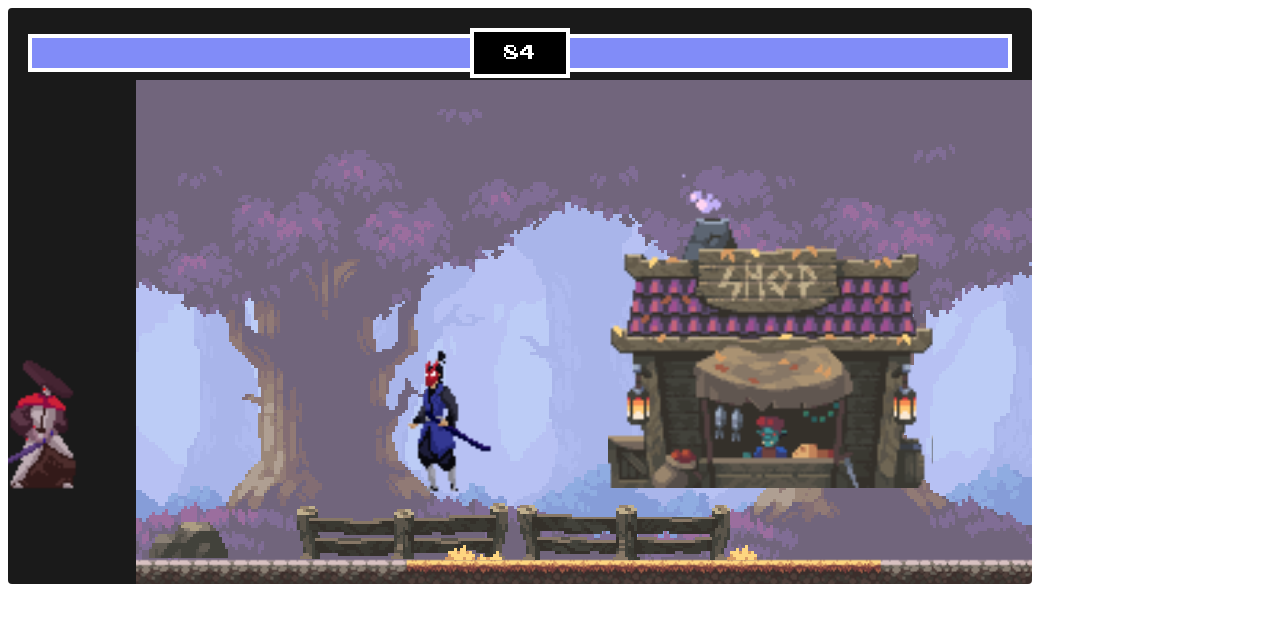
Repository: LuizAGDomingues/js-fighting-game
Page: index.html
These files come from the project's save history. The page is drawn as it stood at one moment and after the next save; the edit follows.
The browser window is 1280 px wide. The pictures show the whole page.

Above is the page before, as saved 2022-12-24 09:52:45.

### index.html
<!DOCTYPE html>
<html lang="en">
  <head>
    <meta charset="UTF-8" />
    <link rel="icon" type="image/svg+xml" href="./images/Logo.jpg" />
    <link rel="preconnect" href="https://fonts.googleapis.com" />
    <link rel="preconnect" href="https://fonts.gstatic.com" crossorigin />
    <link href="https://fonts.googleapis.com/css2?family=Press+Start+2P&display=swap" rel="stylesheet" />
    <link href="./src/css/battle.css" rel="stylesheet" />
    <meta name="viewport" content="width=device-width, initial-scale=1.0" />
    <title>Figthing Game</title>
  </head>
  <body>
    <div class="content">
      <div class="life-bars">
        <!-- player health -->
        <div class="playerHealth-content">
          <div class="playerHealth-aux"></div>
          <div id="playerHealth" class="playerHealth-bar"></div>
        </div>
        <!-- timer -->
        <div id="timer" class="timer">10</div>
        <!-- enemy health -->
        <div class="enemyHealth-content">
          <div class="enemyHealth-aux"></div>
          <div id="enemyHealth" class="enemyHealth-bar"></div>
        </div>
      </div>
      <div id="displayText" class="result">Tie</div>
      <canvas style="border-radius: 4px;"></canvas>
    </div>
    <script
      src="https://cdnjs.cloudflare.com/ajax/libs/gsap/3.11.3/gsap.min.js"
      integrity="sha512-gmwBmiTVER57N3jYS3LinA9eb8aHrJua5iQD7yqYCKa5x6Jjc7VDVaEA0je0Lu0bP9j7tEjV3+1qUm6loO99Kw=="
      crossorigin="anonymous"
      referrerpolicy="no-referrer"
    ></script>
    <script src="./src/utils.js"></script>
    <script src="./src/classes.js"></script>
    <script src="./src/main.js"></script>
  </body>
</html>

### src/css/battle.css
* {
  box-sizing: border-box;
  font-family: 'Press Start 2P', sans-serif;
}

.content {
  position: relative;
  display: inline-block;
}

.life-bars {
  position: absolute;
  display: flex;
  width: 100%;
  align-items: center;
  padding: 20px;
}

.playerHealth-content {
  position: relative;
  width: 100%;
  display: flex;
  justify-content: flex-end;
  border-top: 4px solid white;
  border-left: 4px solid white;
  border-bottom: 4px solid white;
}

.playerHealth-aux {
  background-color: red;
  height: 30px;
  width: 100%;
}

.playerHealth-bar {
  position: absolute;
  background: #818CF8;
  top: 0;
  right: 0;
  bottom: 0;
  width: 100%;
}

.timer {
  background-color: black;
  width: 100px;
  height: 50px;
  flex-shrink: 0;
  display: flex;
  align-items: center;
  justify-content: center;
  color: white;
  border: 4px solid white;
}

.enemyHealth-content {
  position: relative;
  width: 100%;
  border-top: 4px solid white;
  border-right: 4px solid white;
  border-bottom: 4px solid white;
}

.enemyHealth-aux {
  background-color: red;
  height: 30px;
}

.enemyHealth-bar {
  position: absolute;
  background: #818CF8;
  top: 0;
  right: 0;
  bottom: 0;
  left: 0;
}

.result {
  position: absolute;
  color: white;
  align-items: center;
  justify-content: center;
  top: 0;
  right: 0;
  bottom: 0;
  left: 0;
  display: none;
}

### src/utils.js
function rectangularCollision({ rectangle1, rectangle2 }) {
  return (
    rectangle1.attackBox.position.x + rectangle1.attackBox.width >= rectangle2.position.x
    && rectangle1.attackBox.position.x <= rectangle2.position.x + rectangle2.width
    && rectangle1.attackBox.position.y + rectangle1.attackBox.height >= rectangle2.position.y
    && rectangle1.attackBox.position.y <= rectangle2.position.y + rectangle2.height
  )
};

function determineWinner({player, enemy, timerId}) {
  clearTimeout(timerId)
  document.querySelector('#displayText').style.display = 'flex'
  if(player.health === enemy.health) {
    document.querySelector('#displayText').innerHTML = 'Tie'
  } else if (player.health > enemy.health) {
    document.querySelector('#displayText').innerHTML = 'Player 1 wins'
  } else if (player.health < enemy.health) {
    document.querySelector('#displayText').innerHTML = 'Player 2 wins'
  }
};

### src/classes.js
class Sprite {
  constructor({position, imageSrc, scale = { x: 1, y: 1 }, framesMax = 1, offset = { x: 0, y: 0 }}) {
    this.position = position
    this.image = new Image()
    this.image.src = imageSrc
    this.scale = scale
    this.framesMax = framesMax
    this.framesCurrent = 0
    this.framesElapsed = 0
    this.framesHold = 5
    this.offset = offset
  }

  draw() {
    c.drawImage(
      this.image,
      this.framesCurrent * (this.image.width / this.framesMax),
      0,
      this.image.width / this.framesMax,
      this.image.height,
      this.position.x - this.offset.x,
      this.position.y - this.offset.y,
      (this.image.width / this.framesMax) * this.scale.x,
      this.image.height * this.scale.y
    )
  }

  animateFrames() {
    this.framesElapsed++
    if(this.framesElapsed % this.framesHold === 0) {
      if(this.framesCurrent < this.framesMax - 1) {
        this.framesCurrent++
      } else {
        this.framesCurrent = 0
      }
    }
  }

  update() {
    this.draw()
    this.animateFrames()
  }
}

class Fighter extends Sprite {
  constructor({
    position,
    velocity,
    color = 'red',
    imageSrc,
    scale = { x: 1, y: 1 },
    framesMax = 1,
    offset = { x: 0, y: 0 },
    sprites,
    attackBox = { offset: {}, width: undefined, height: undefined }
  }) {
    super({
      position,
      imageSrc,
      scale,
      framesMax,
      offset
    })

    this.velocity = velocity
    this.width = 50
    this.height = 150
    this.lastKey
    this.attackBox = {
      position: {
        x: this.position.x,
        y: this.position.y
      },
      offset: attackBox.offset,
      width: attackBox.width,
      height: attackBox.height
    }
    this.color = color
    this.isAttacking
    this.health = 100
    this.framesCurrent = 0
    this.framesElapsed = 0
    this.framesHold = 5
    this.sprites = sprites
    this.dead = false

    for (const sprite in this.sprites) {
      sprites[sprite].image = new Image()
      sprites[sprite].image.src = sprites[sprite].imageSrc
    }
  }

  update() {
    this.draw()
    if(!this.dead) this.animateFrames()

    this.attackBox.position.x = this.position.x + this.attackBox.offset.x
    this.attackBox.position.y = this.position.y + this.attackBox.offset.y

    // Draw the attack box
    //c.fillRect(this.attackBox.position.x, this.attackBox.position.y, this.attackBox.size.width, this.attackBox.height)

    this.position.x += this.velocity.x
    this.position.y += this.velocity.y

    // gravity function
    if(this.position.y + this.height + this.velocity.y >= canvas.height - 96) {
      this.velocity.y = 0
      this.position.y = 330
    } else this.velocity.y += gravity

  }

  attack() {
    if(this.image === this.sprites.takeHit.image || this.image === this.sprites.death.image) {
      return
    } else {
      this.switchSprite('attack1')
      this.isAttacking = true
    }
  }

  takeHit() {
    this.health -= 20
    if(this.health <= 0) {
      this.switchSprite('death')
    } else {
      this.switchSprite('takeHit')
    }
  }

  switchSprite(sprite) {
    if(this.image === this.sprites.death.image) {
      if(this.framesCurrent === this.sprites.death.framesMax - 1)
        this.dead = true
      return
    }
    // overriding all other animations with the attack animation
    if(
      this.image === this.sprites.attack1.image &&
      this.framesCurrent < this.sprites.attack1.framesMax - 1
    ) return
    // overriding when figther gets hit
    if(
      this.image === this.sprites.takeHit.image &&
      this.framesCurrent < this.sprites.takeHit.framesMax - 1
    ) return

    switch(sprite) {
      case 'idle':
        if(this.image !== this.sprites.idle.image) {
          this.image = this.sprites.idle.image
          this.framesMax = this.sprites.idle.framesMax
          this.framesCurrent = 0
        }
        break
      case 'run':
        if(this.image !== this.sprites.run.image) {
          this.image = this.sprites.run.image
          this.framesMax = this.sprites.run.framesMax
          this.framesCurrent = 0
        }
        break
      case 'jump':
        if(this.image !== this.sprites.jump.image) {
          this.image = this.sprites.jump.image
          this.framesMax = this.sprites.jump.framesMax
          this.framesCurrent = 0
        }
        break
      case 'fall':
        if(this.image !== this.sprites.fall.image) {
          this.image = this.sprites.fall.image
          this.framesMax = this.sprites.fall.framesMax
          this.framesCurrent = 0
        }
        break
      case 'attack1':
        if(this.image !== this.sprites.attack1.image) {
          this.image = this.sprites.attack1.image
          this.framesMax = this.sprites.attack1.framesMax
          this.framesCurrent = 0
        }
        break
      case 'takeHit':
        if(this.image !== this.sprites.takeHit.image) {
          this.image = this.sprites.takeHit.image
          this.framesMax = this.sprites.takeHit.framesMax
          this.framesCurrent = 0
        }
        break
      case 'death':
        if(this.image !== this.sprites.death.image) {
          this.image = this.sprites.death.image
          this.framesMax = this.sprites.death.framesMax
          this.framesCurrent = 0
        }
        break
    }
  }
}

### src/main.js
const canvas = document.querySelector('canvas');
const c = canvas.getContext('2d');

canvas.width = 1024
canvas.height = 576
const screenWidth = window.innerWidth
const screenHeight = window.innerHeight

c.fillRect(0, 0, canvas.width, canvas.height)

const gravity = .7

var gameIsOver = false

const background = new Sprite({
  position: {
    x: ((screenWidth / 2) - (canvas.width / 2)),
    y: ((screenHeight / 2) - (canvas.height / 2))
  },
  imageSrc: '../images/background.png'
})

const shop = new Sprite({
  position: {
    x: 600,
    y: 128
  },
  imageSrc: '../images/shop.png',
  scale: {
    x: 2.75,
    y: 2.75
  },
  framesMax: 6
})

const player = new Fighter({
  position: {
    x: 0,
    y: 0
  },
  velocity: {
    x: 0,
    y: 0
  },
  offset: {
    x: 0,
    y: 0
  },
  imageSrc: '../images/samuraiMack/Idle.png',
  framesMax: 8,
  scale: {
    x: 2.5,
    y: 2.5
  },
  offset: {
    x: 215,
    y: 155
  },
  sprites: {
    idle: {
      imageSrc: '../images/samuraiMack/Idle.png',
      framesMax: 8
    },
    run: {
      imageSrc: '../images/samuraiMack/Run.png',
      framesMax: 8
    },
    jump: {
      imageSrc: '../images/samuraiMack/Jump.png',
      framesMax: 2
    },
    fall: {
      imageSrc: '../images/samuraiMack/Fall.png',
      framesMax: 2
    },
    attack1: {
      imageSrc: '../images/samuraiMack/Attack1.png',
      framesMax: 6
    },
    takeHit: {
      imageSrc: '../images/samuraiMack/Take Hit.png',
      framesMax: 4
    },
    death: {
      imageSrc: '../images/samuraiMack/Death.png',
      framesMax: 6
    }
  },
  attackBox: {
    offset: {
      x: 100,
      y: 50
    },
    width: 140,
    height: 50
  }
})

const enemy = new Fighter({
  position: {
    x: 400,
    y: 100
  },
  velocity: {
    x: 0,
    y: 0
  },
  color: 'blue',
  offset: {
    x: -50,
    y: 0
  },
  imageSrc: '../images/kenji/Idle.png',
  framesMax: 4,
  scale: {
    x: 2.5,
    y: 2.5
  },
  offset: {
    x: 215,
    y: 167
  },
  sprites: {
    idle: {
      imageSrc: '../images/kenji/Idle.png',
      framesMax: 4
    },
    run: {
      imageSrc: '../images/kenji/Run.png',
      framesMax: 8
    },
    jump: {
      imageSrc: '../images/kenji/Jump.png',
      framesMax: 2
    },
    fall: {
      imageSrc: '../images/kenji/Fall.png',
      framesMax: 2
    },
    attack1: {
      imageSrc: '../images/kenji/Attack1.png',
      framesMax: 4
    },
    takeHit: {
      imageSrc: '../images/kenji/Take hit.png',
      framesMax: 3
    },
    death: {
      imageSrc: '../images/kenji/Death.png',
      framesMax: 7
    }
  },
  attackBox: {
    offset: {
      x: -170,
      y: 50
    },
    width: 170,
    height: 50
  }
})

const keys = {
  a: {
    pressed: false
  },
  d: {
    pressed: false
  },
  ArrowRight: {
    pressed: false
  },
  ArrowLeft: {
    pressed: false
  }
}

// Timer actions
let timer = 90
let timerId
function decreaseTimer() {
  if(timer > 0) {
    timerId = setTimeout(decreaseTimer, 1000)
    timer--
    document.querySelector('#timer').innerHTML = timer
  }
  if(timer === 0) {
    determineWinner({player, enemy, timerId})
    gameIsOver = true
  }
};
decreaseTimer();

function animate() {
  window.requestAnimationFrame(animate)
  c.fillStyle = 'black'
  c.fillRect(0, 0, canvas.width, canvas.height)
  background.update()
  shop.update()
  c.fillStyle = 'rgba(255, 255, 255, 0.1)'
  c.fillRect(0, 0, canvas.width, canvas.height)
  player.update()
  enemy.update()

  player.velocity.x = 0
  enemy.velocity.x = 0

  // player movement
  if(keys.a.pressed && player.lastKey === 'a' && player.position.x >= 0 && player.image != player.sprites.attack1.image) {
    player.velocity.x = -5
    player.switchSprite('run')
  } else if(keys.d.pressed && player.lastKey === 'd' && player.position.x <= canvas.width - 60 && player.image != player.sprites.attack1.image) {
    player.velocity.x = 5
    player.switchSprite('run')
  } else {
    player.switchSprite('idle')
  }
  // player jumping
  if(player.velocity.y < 0) {
    player.switchSprite('jump')
  } else if(player.velocity.y > 0) {
    player.switchSprite('fall')
  }

  // enemy movement
  if(keys.ArrowLeft.pressed && enemy.lastKey === 'ArrowLeft' && enemy.position.x >= 0) {
    enemy.velocity.x = -5
    enemy.switchSprite('run')
  } else if(keys.ArrowRight.pressed && enemy.lastKey === 'ArrowRight' && enemy.position.x <= canvas.width - 50) {
    enemy.velocity.x = 5
    enemy.switchSprite('run')
  } else {
    enemy.switchSprite('idle')
  }
  // enemy jumping
  if(enemy.velocity.y < 0) {
    enemy.switchSprite('jump')
  } else if(enemy.velocity.y > 0) {
    enemy.switchSprite('fall')
  }

  // detect for collision & enemy is hit
  if(rectangularCollision({rectangle1: player, rectangle2: enemy}) && player.isAttacking && player.framesCurrent === 4) {
    enemy.takeHit()
    player.isAttacking = false
    gsap.to('#enemyHealth', {
      width: enemy.health + '%'
    })
  }

  //if player misses enemy
  if(player.isAttacking && player.framesCurrent === 4) {
    player.isAttacking = false
  }

  // detect for collision & player is hit
  if(rectangularCollision({rectangle1: enemy, rectangle2: player}) && enemy.isAttacking && enemy.framesCurrent === 2) {
    player.takeHit()
    enemy.isAttacking = false
    gsap.to('#playerHealth', {
      width: player.health + '%'
    })
  }

  //if enemy misses enemy
  if(enemy.isAttacking && enemy.framesCurrent === 2) {
    enemy.isAttacking = false
  }

  // end game base on health
  if(enemy.health <= 0 || player.health <= 0){
    determineWinner({player, enemy, timerId})
    gameIsOver = true
  }
}
animate()

window.addEventListener('keydown', (event) => {
  if(!player.dead && !gameIsOver) {
    switch (event.key) {
      case 'd':
        keys.d.pressed = true
        player.lastKey = 'd'
        break
      case 'a':
        keys.a.pressed = true
        player.lastKey = 'a'
        break
      case 'w':
        if(player.image === player.sprites.jump.image || player.image === player.sprites.fall.image) {
          break
        }
        player.velocity.y = -20
        break
      case ' ':
        player.attack()
        break
    }
  }
  if(!enemy.dead && !gameIsOver) {
    switch (event.key) {
      case 'ArrowRight':
        keys.ArrowRight.pressed = true
        enemy.lastKey = 'ArrowRight'
        break
      case 'ArrowLeft':
        keys.ArrowLeft.pressed = true
        enemy.lastKey = 'ArrowLeft'
        break
      case 'ArrowUp':
        if(enemy.image === enemy.sprites.jump.image || enemy.image === enemy.sprites.fall.image) {
          break
        }
        enemy.velocity.y = -20
        break
      case 'ArrowDown':
        enemy.attack()
        break
    }
  }
})

window.addEventListener('keyup', (event) => {
  switch (event.key) {
    case 'd':
      keys.d.pressed = false
      break
    case 'a':
      keys.a.pressed = false
      break

    case 'ArrowRight':
      keys.ArrowRight.pressed = false
      break
    case 'ArrowLeft':
      keys.ArrowLeft.pressed = false
      break
  }
})

After the next save:
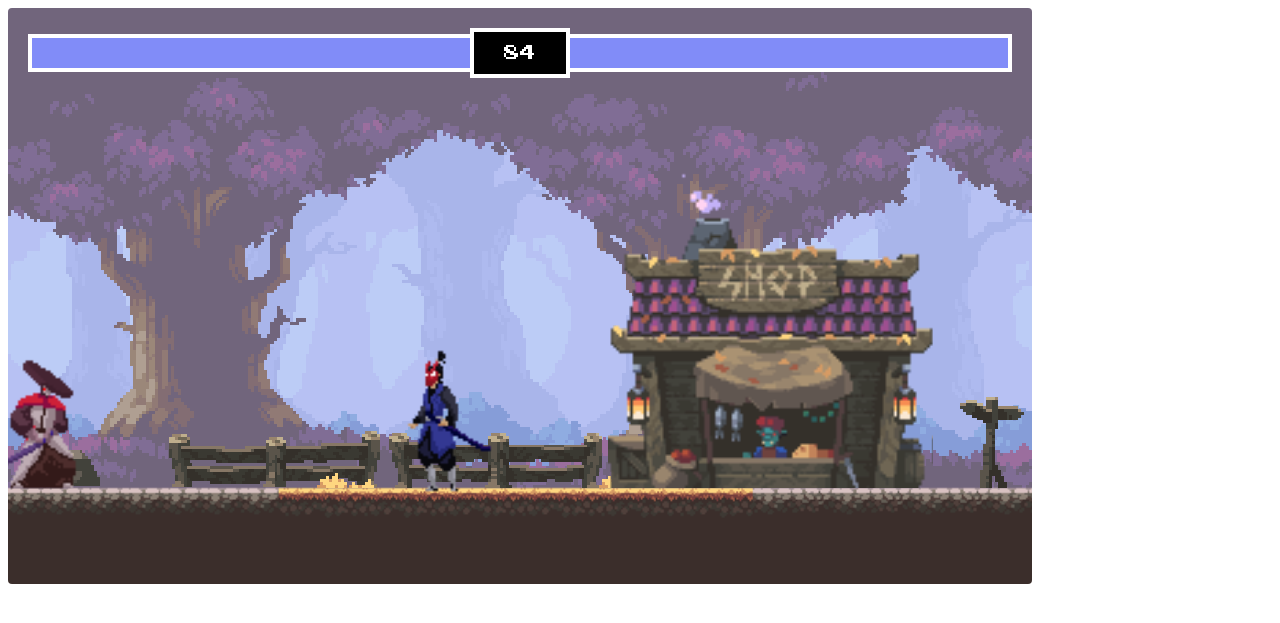
Saved 45 s later.
--- a/src/main.js
+++ b/src/main.js
@@ -3,8 +3,6 @@
 
 canvas.width = 1024
 canvas.height = 576
-const screenWidth = window.innerWidth
-const screenHeight = window.innerHeight
 
 c.fillRect(0, 0, canvas.width, canvas.height)
 
@@ -14,8 +12,8 @@
 
 const background = new Sprite({
   position: {
-    x: ((screenWidth / 2) - (canvas.width / 2)),
-    y: ((screenHeight / 2) - (canvas.height / 2))
+    x: 0,
+    y: 0
   },
   imageSrc: '../images/background.png'
 })

After the save that followed:
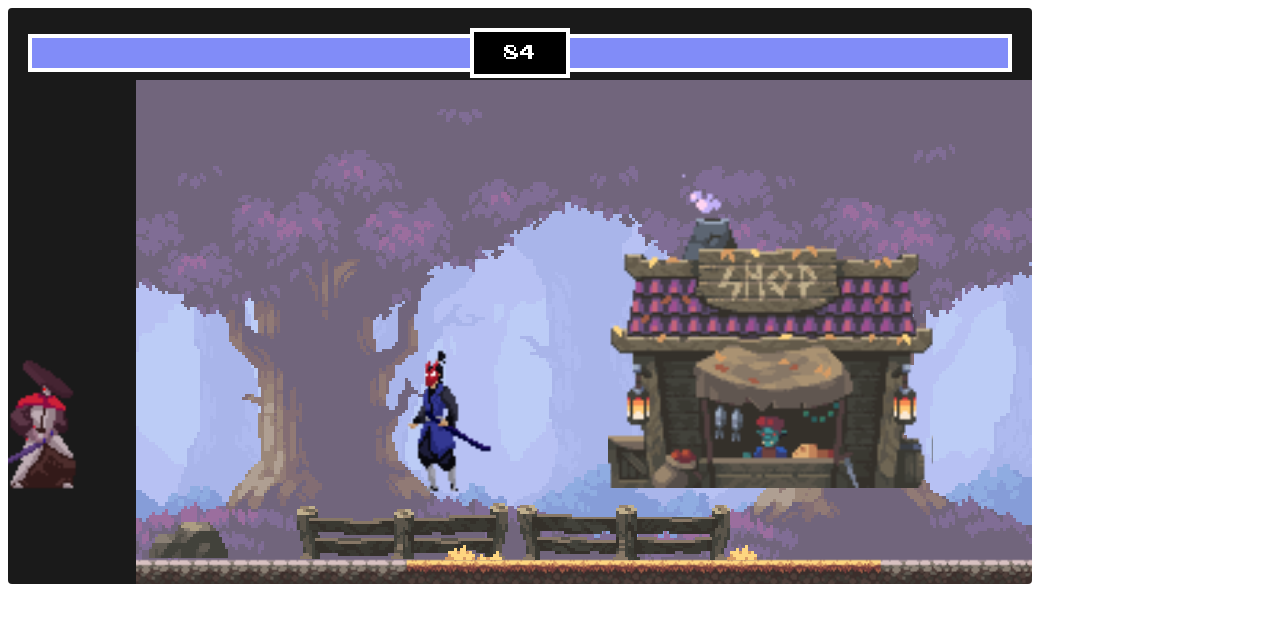
Saved 39 s later.
--- a/src/main.js
+++ b/src/main.js
@@ -3,6 +3,8 @@
 
 canvas.width = 1024
 canvas.height = 576
+const screenWidth = window.innerWidth
+const screenHeight = window.innerHeight
 
 c.fillRect(0, 0, canvas.width, canvas.height)
 
@@ -12,8 +14,8 @@
 
 const background = new Sprite({
   position: {
-    x: 0,
-    y: 0
+    x: ((screenWidth / 2) - (canvas.width / 2)),
+    y: ((screenHeight / 2) - (canvas.height / 2))
   },
   imageSrc: '../images/background.png'
 })
